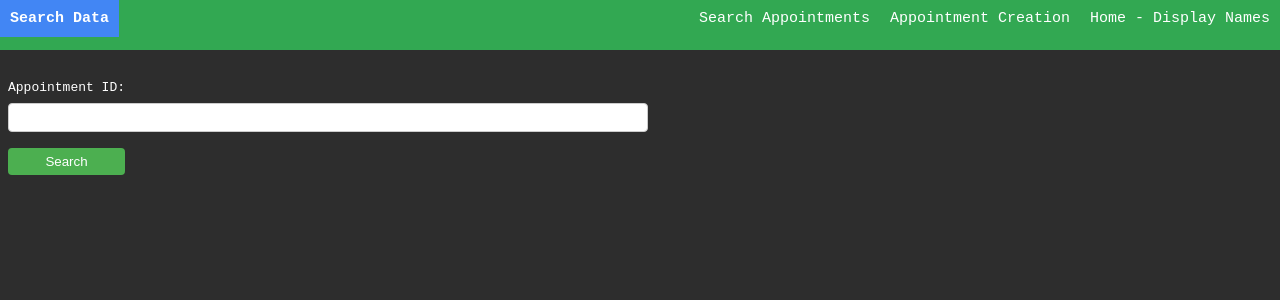
Repository: Doniico/G1_ODM
Page: workspaceCSCI4830-teamproject/teamproject/WebContent/simpleSearchHB.html
The author's editor kept a copy of each file at every save. The page is drawn from the files as they stood at one save, then again after the next save.
The browser window is 1280 px wide. The pictures show the whole page.

Above is the page before, as saved 2020-04-03 16:59:07.

### workspaceCSCI4830-teamproject/teamproject/WebContent/simpleSearchHB.html
<html>
<head>
<title>Search Data</title>
<!--shows an icon next to the title--><link rel="icon" href="https://www.nebraskaimpact.com/sites/default/files/org_logos/opendoormission_logo_withwords.jpg">
<link href = "ODMcss.css" rel = "stylesheet">
<style>
input[type=text], select {
  width: 50%;
  padding: 6px 20px;
  padding-left: 12px;
  margin: 8px 0;
  display: inline-block;
  border: 1px solid #ccc;
  border-radius: 4px;
  box-sizing: border-box;
  position: absolute;
}

input[type=submit] {
  width: 100%;
  background-color: #4CAF50;
  color: white;
  padding: 6px 20px;
  margin: 8px 0;
  border: none;
  border-radius: 4px;
  cursor: pointer;
}

input[type=submit]:hover {
  background-color: #45a049;
}

input[type=text]:focus {
  border: 3px solid #4286f4;
}
</style>
</head>

<body>
<header>
</header>

<ul id = "navBar">
	<li style="float: left;"><b>Search Data</b></li>
	<li><a href = "/teamproject/ODMDesign.html">Home - Display Names</a></li>
	<li><a href = "/teamproject/simpleInsertHB.html">Appointment Creation</a></li>
	<li><a href = "/teamproject/simpleSearchHB.html">Search Appointments</a></li>
</ul>

<section>

	<!--<h3 id = "formHeading">Search Data</h3>-->
	<br>
	<br>
	<br>
	<br>
	<div style="color:white;display: inline-block;font-family: monospace;">
		<form action="SimpleSearchHB" method="POST">

			Appointment ID:
			<br>
			<input type="text" name="keywordTitle" id = "fancySearch"> <br />
			<br>
			<br>
			<input type="submit" value="Search" />
		</form>
	</div>

</section>

</body>
</html>

### workspaceCSCI4830-teamproject/teamproject/WebContent/ODMcss.css
#navBar{
	list-style-type: none;
	margin: 0px;
	padding: 0px;
	top: 0px;
	left: 0px;
	width: 100%;
	height: 50px;
	position: absolute;
	font-size: 15px;
	z-index: 999;
	background-color: #32a852;
	   }
#navBar li{
	display: inline;
	float: right;
	padding: 10px;
	color: #FFFFFF;
	font-family: monospace;
		  }
#navBar li:hover {
	color: #FFFFFF;
	background-color: #4286f4;
			  }
#navBar a{
	text-decoration: none;
	color: #FFFFFF;
	font-family: monospace;
	font-size: 15px;
	display: block;
		 }

#homeImg{
	position: relative;
	display: block;
	margin: auto;
		}
#homeImg img{
	width: 700px;
	height: 500px;
	position: relative;
	left: 25%;
	background-size: 700px 500px;
		   }

#scrollList{
	position: relative;
	left: 50%;
	width: 100%;
	height: 50px;
	overflow: hidden;
	font-family: monospace;
	color: #FEFEFE;
	z-index: 999;
}

body{
	background-color: #2D2D2D;
}

.scrollList {
	position: absolute;
	width:100%;
	height: 725px;
	overflow: hidden;
	left: 50%;
	color: #FFFFFF;
}

.scrollList > li{
	position:absolute;
	width:100%;
}

.scrollList {
  -webkit-transition: opacity 5s ease-out;
  -webkit-animation: autoScrolling 10s linear infinite;
}

After the next save:
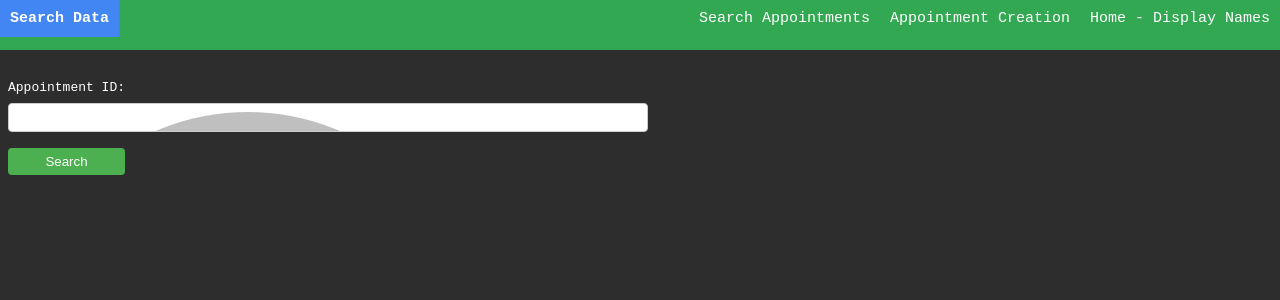
Saved 4 min 25 s later.
--- a/workspaceCSCI4830-teamproject/teamproject/WebContent/simpleSearchHB.html
+++ b/workspaceCSCI4830-teamproject/teamproject/WebContent/simpleSearchHB.html
@@ -14,6 +14,10 @@
   border-radius: 4px;
   box-sizing: border-box;
   position: absolute;
+  background-color:white;
+  background-image:url('searchicon.png');
+  background-position: 8px 8px;
+  background-repeat: no-repeat;
 }
 
 input[type=submit] {

After the save that followed:
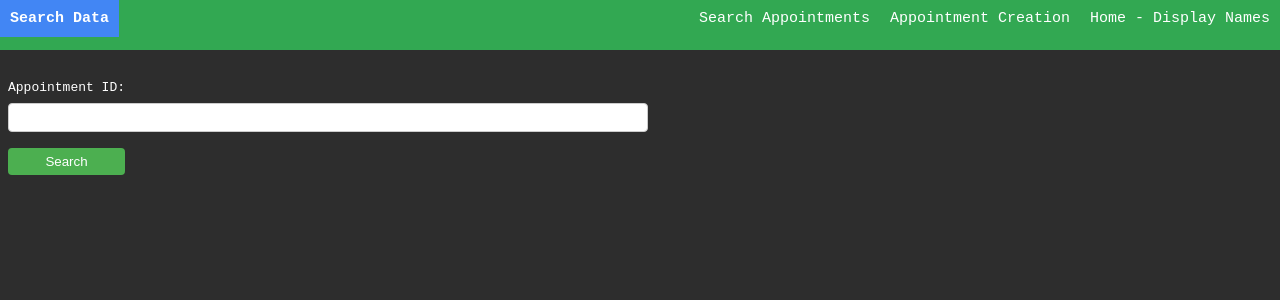
Saved 46 s later.
--- a/workspaceCSCI4830-teamproject/teamproject/WebContent/simpleSearchHB.html
+++ b/workspaceCSCI4830-teamproject/teamproject/WebContent/simpleSearchHB.html
@@ -15,7 +15,7 @@
   box-sizing: border-box;
   position: absolute;
   background-color:white;
-  background-image:url('searchicon.png');
+  background-image:searchicon.png;
   background-position: 8px 8px;
   background-repeat: no-repeat;
 }
